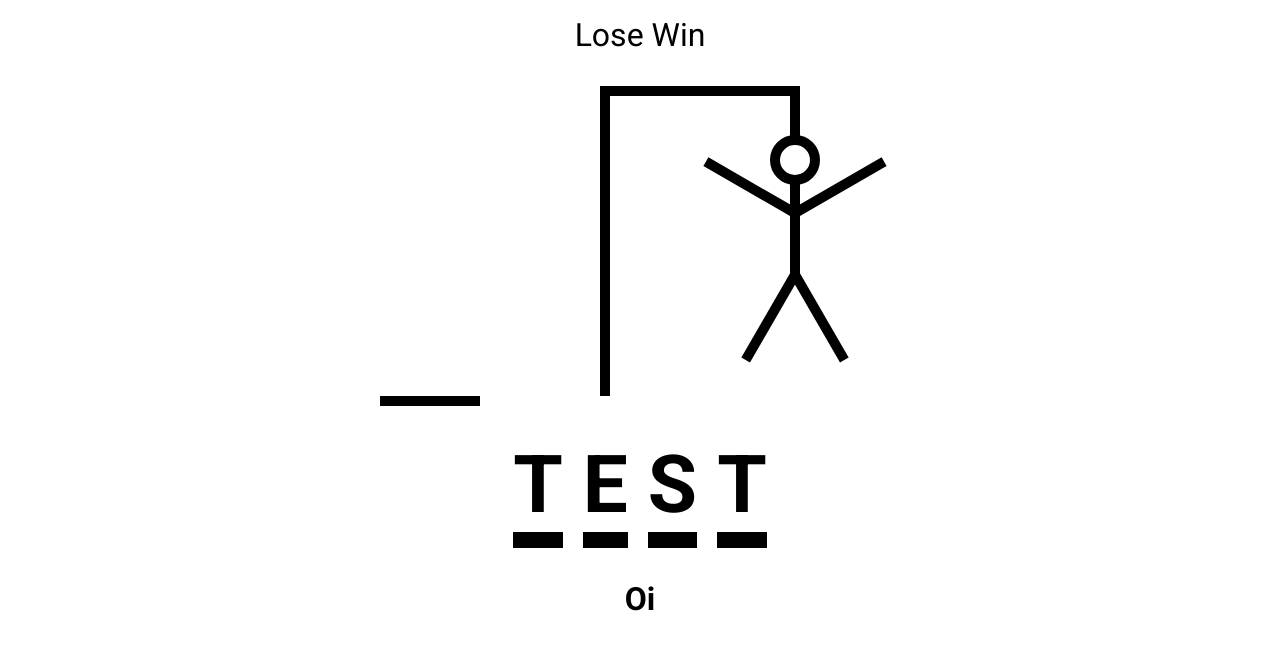
Repository: guilhermecardoso93/jogodaforca
Page: /
These files come from the project's save history. The page is drawn as it stood at one moment and after the next save; the edit follows.
The browser window is 1280 px wide. The pictures show the whole page.
The project was rebuilt for these pictures with package versions that can differ from the ones it lists, and the page was loaded fresh each time. Also part of the build but not shown: vite.config.ts.

Above is the page before, as saved 2022-12-06 21:16:33.

After the next save:
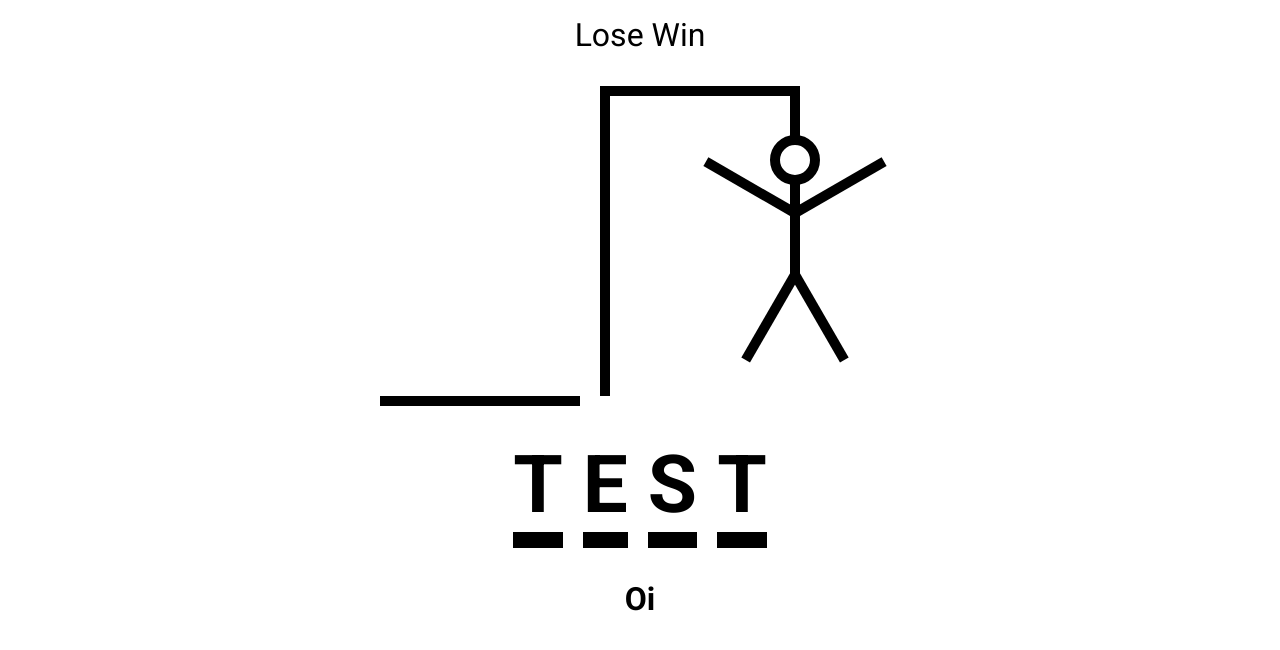
Saved 7 s later.
--- a/src/components/HangmanDrawing.tsx
+++ b/src/components/HangmanDrawing.tsx
@@ -121,7 +121,7 @@ export function HangmanDrawing() {
           marginLeft: "120px",
         }}
       />
-      <div style={{ height: "10px", width: "100px", marginLeft: '-100px', background: "black" }} />
+      <div style={{ height: "10px", width: "200px", marginLeft: '-100px', background: "black" }} />
     </div>
   );
 }
